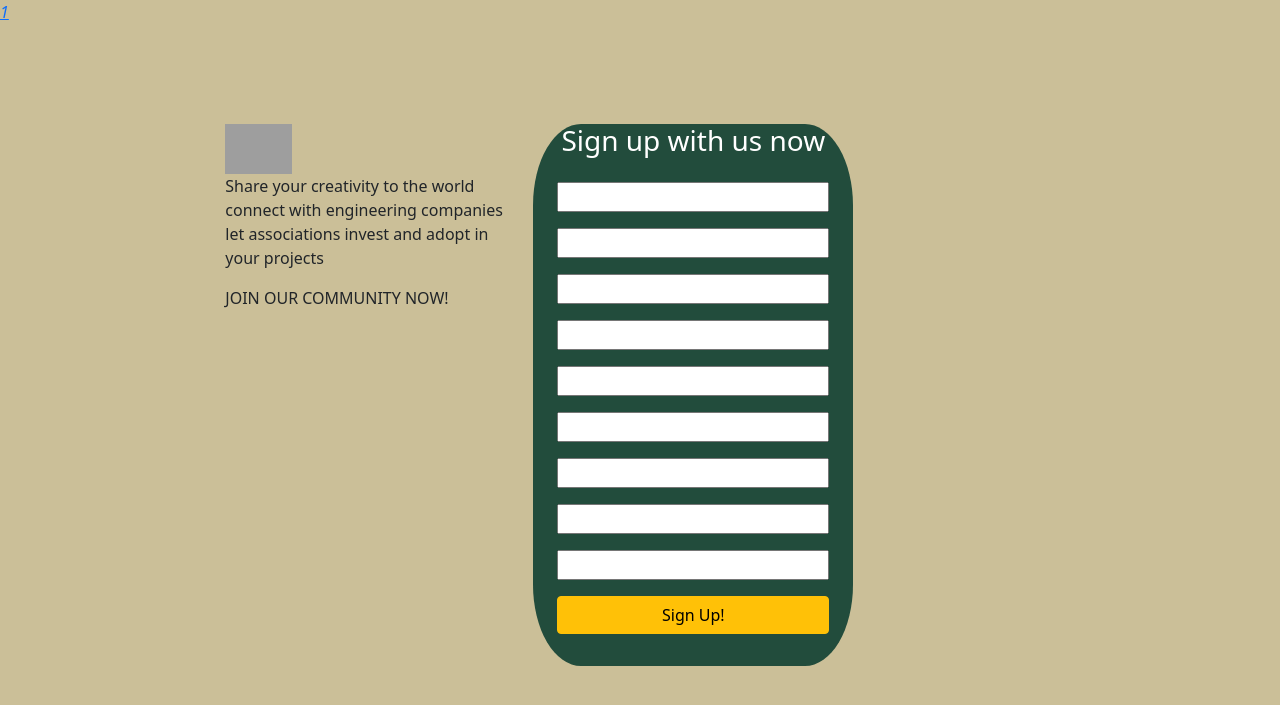
Repository: ahmadjamal-1997/Project-Taqadam
Page: http://localhost/Taqadam/WEB-INF/registrationstudent.jsp
The author's editor kept a copy of each file at every save. The page is drawn from the files as they stood at one save, then again after the next save.
The browser window is 1280 px wide. The pictures show the whole page.
Pictures or frames that could not be fetched are drawn as grey boxes. The page is served by Tomcat 9. Nobody is signed in. Other server files are loaded and not shown. The template is opened directly, without the code that normally fills it, so the values that code supplies are empty.

Above is the page before, as saved 2022-03-31 08:19:51.

### Taqadam-new/Taqadam-java/Taqadam-new/Taqadam/src/main/webapp/WEB-INF/registrationstudent.jsp
<%@ page language="java" contentType="text/html; charset=UTF-8"
    pageEncoding="UTF-8"%>
<%@ taglib prefix="c" uri="http://java.sun.com/jsp/jstl/core" %>
<%@ taglib prefix="form" uri="http://www.springframework.org/tags/form" %>
<%@ page isErrorPage="true" %>
<!DOCTYPE html PUBLIC "-//W3C//DTD HTML 4.01 Transitional//EN" "http://www.w3.org/TR/html4/loose.dtd">
<html>
<head>
<meta http-equiv="Content-Type" content="text/html; charset=UTF-8">
<title>Registration Page</title>
<link href="https://cdn.jsdelivr.net/npm/bootstrap@5.1.3/dist/css/bootstrap.min.css" rel="stylesheet" integrity="sha384-1BmE4kWBq78iYhFldvKuhfTAU6auU8tT94WrHftjDbrCEXSU1oBoqyl2QvZ6jIW3" crossorigin="anonymous">
<style>
        img{
            max-height: 50px;
        }
        .form{
            border-radius: 15%;
             display: flex;
             flex-direction: column;

             align-items: center;
             background-color: #224c3c;
        }
        .par{
        display:flex;
        justify-content:space-between;
        }
    </style>
</head>
<body>
<a href="#"><i class="bi bi-instagram">1</i></a>
   <body style="background-color: #cbbf98;">
    <div class="container-fluid" >
        <div class="row" style="height: 100px;">
        </div>
        <div class="row">
            <div class="col-2"></div>
            <div class="col-3">
                <img src="/photo/taqdam-01.png" alt="logo">
                <p class="par">Share your creativity to the world<br>connect with engineering companies<br>
                let associations invest and adopt in<br>your projects</p>
                <p class="par">JOIN OUR COMMUNITY NOW!</p>
                <p class="par"><a href="#"><i class="bi bi-instagram"></i></a><a href="#"><i class="bi bi-twitter"></i></a><a href="#"><i class="bi bi-facebook"></i></a></p>
            </div>
            <div class="col-3 form">
                    <h3 style="color: white;">Sign up with us now</h3>

                <div class="container">
                <form:form method="POST" action="/registration/student" modelAttribute="user">
                    <p><form:errors path="user.*"/></p>

                    <div class="row mb-3">

                            <form:input palceholder="First Name" path="firstName"/>

                    </div>
                    <div class="row mb-3">

                            <form:input palceholder="Last Name" path="lastName"/>

                    </div>
                    <div class="row mb-3">

                            <form:input palceholder="Email" path="email"/>

                    </div>
                    <div class="row mb-3">

                            <form:input palceholder="phone" path="phone"/>

                    </div>
                    <div class="row mb-3">

                       <form:input palceholder="university" path="university"/>

                    </div>
                    <div class="row mb-3">

                        <form:input palceholder="field" path="field"/>

                    </div>
                    <div class="row mb-3">

                         <form:input palceholder="bio" path="bio"/>

                    </div>
                    <div class="row mb-3">

                         <form:input palceholder="password" path="password"/>

                    </div>
                    <div class="row mb-3">

                         <form:input palceholder="confirm" path="confirm"/>

                    </div>
                    <div class="row mb-3">
                    <input type="submit" class="btn btn-warning mb-3" value="Sign Up!"/>
                    </div>
                    </div>
                </form:form>
            </div>
        </div>
    </div>
</body>
</html>

After the next save:
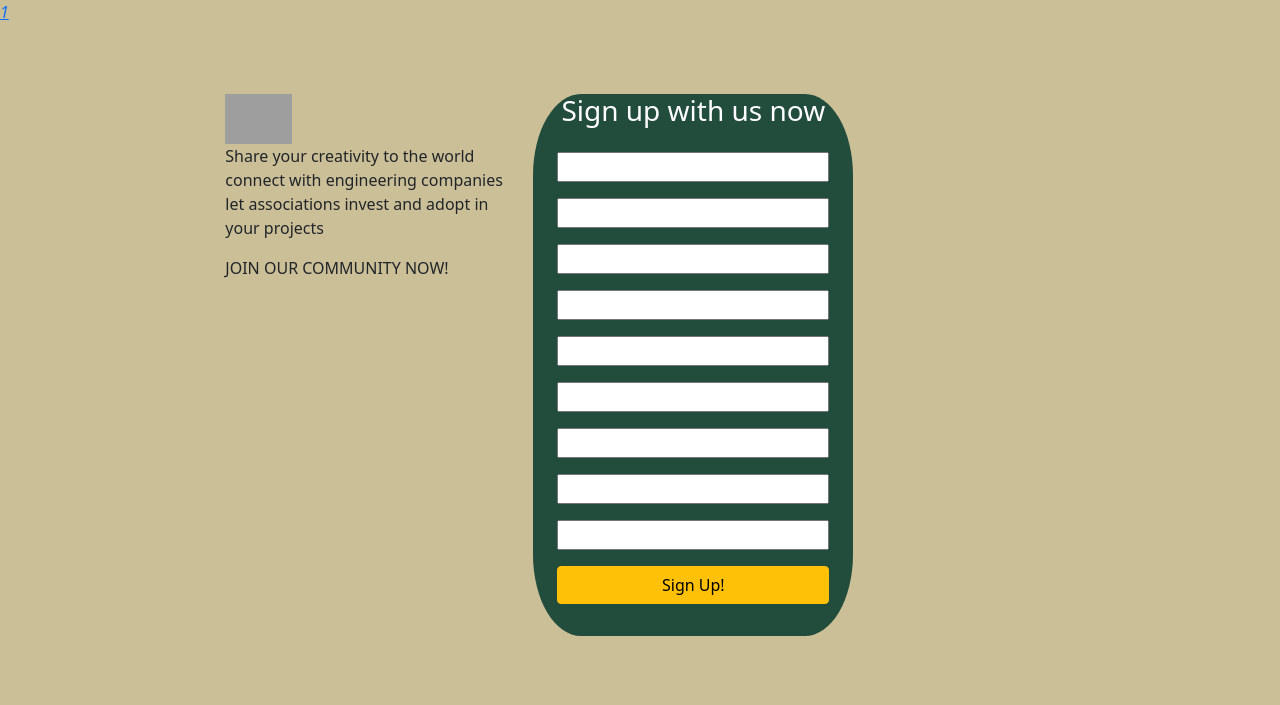
Saved 84 s later.
--- a/Taqadam-new/Taqadam-java/Taqadam-new/Taqadam/src/main/webapp/WEB-INF/registrationstudent.jsp
+++ b/Taqadam-new/Taqadam-java/Taqadam-new/Taqadam/src/main/webapp/WEB-INF/registrationstudent.jsp
@@ -31,7 +31,7 @@
 <a href="#"><i class="bi bi-instagram">1</i></a>
    <body style="background-color: #cbbf98;">
     <div class="container-fluid" >
-        <div class="row" style="height: 100px;">
+        <div class="row" style="height: 70px;">
         </div>
         <div class="row">
             <div class="col-2"></div>
